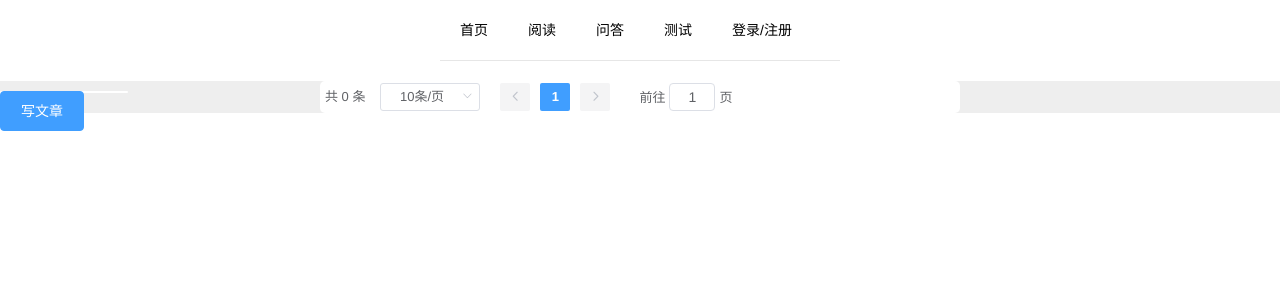
Repository: shengligo/xyx_vue_v1
Page: /read
The author's editor kept a copy of each file at every save. The page is drawn from the files as they stood at one save, then again after the next save.
The browser window is 1280 px wide. The pictures show the whole page.
The page's requests for data from a server got no answer. The project was rebuilt for these pictures with package versions that can differ from the ones it lists, and the page was loaded fresh each time. No one was signed in, and anything a server would have sent is missing. Also part of the build but not shown: vue.config.js, src/views/home/childComps/Art.vue, src/views/author/authors.vue.

Above is the page before, as saved 2021-09-04 13:09:14.

After the next save:
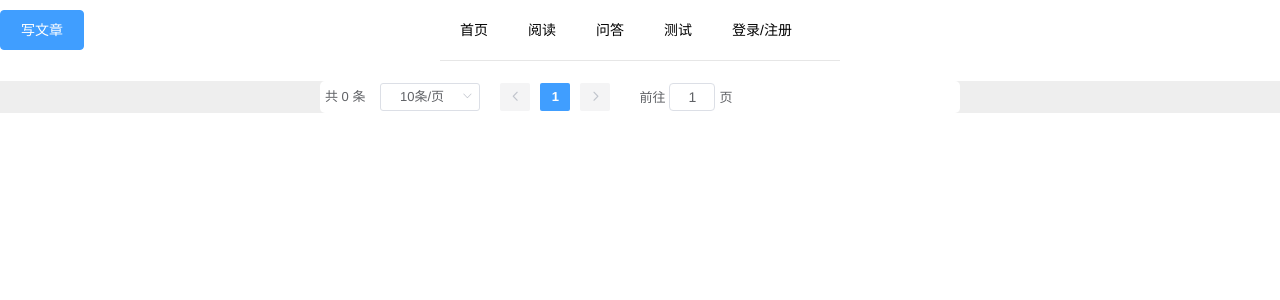
Saved 19 s later.
--- a/src/views/read/Read.vue
+++ b/src/views/read/Read.vue
@@ -259,7 +259,7 @@ ol {
 }
 
 .toWrite{
-  position: absolute;
+  position: fixed;
   background-color: #fff;
   height: 6%;
   width: 10%;
